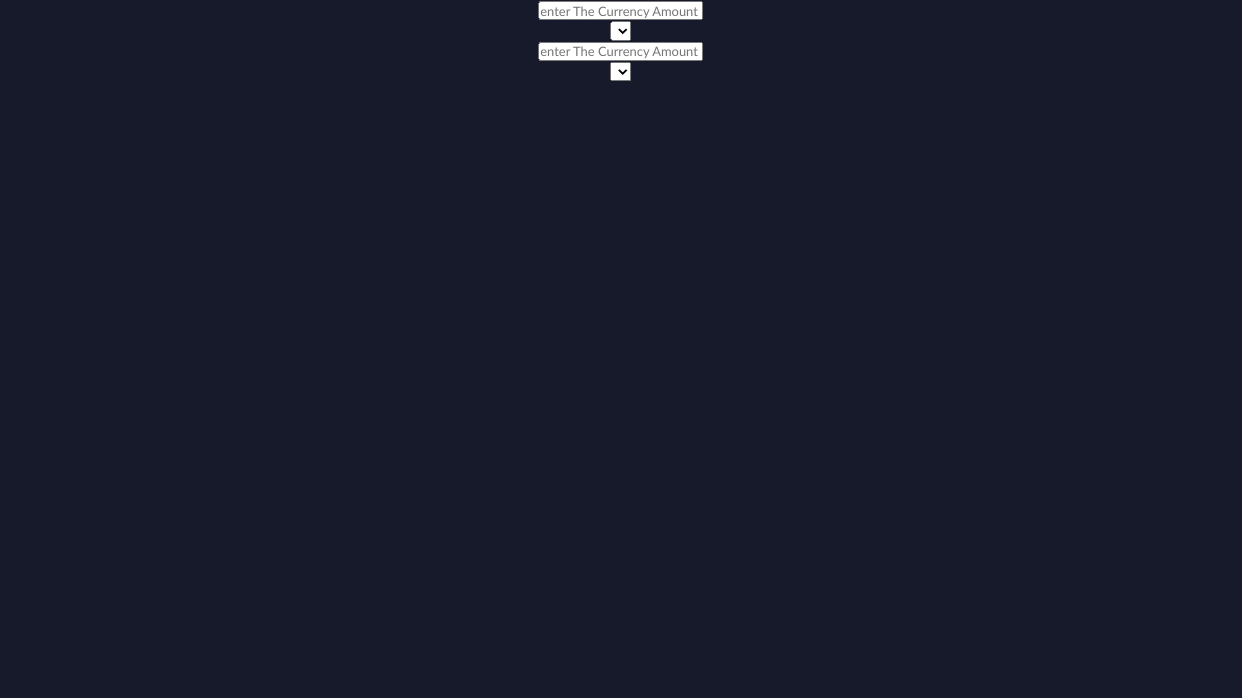
Repository: KamalEssam/currency-converter-react-app
Page: /
These files come from the project's save history. The page is drawn as it stood at one moment and after a run of saves; the edit follows.
The browser window is 1280 px wide. The pictures show the whole page, at 97% of full size.
The page's requests for data from a server got no answer. The project was rebuilt for these pictures with package versions that can differ from the ones it lists, and the page was loaded fresh each time. No one was signed in, and anything a server would have sent is missing.

Above is the page before, as saved 2021-12-21 15:22:28.

After the next 3 saves:
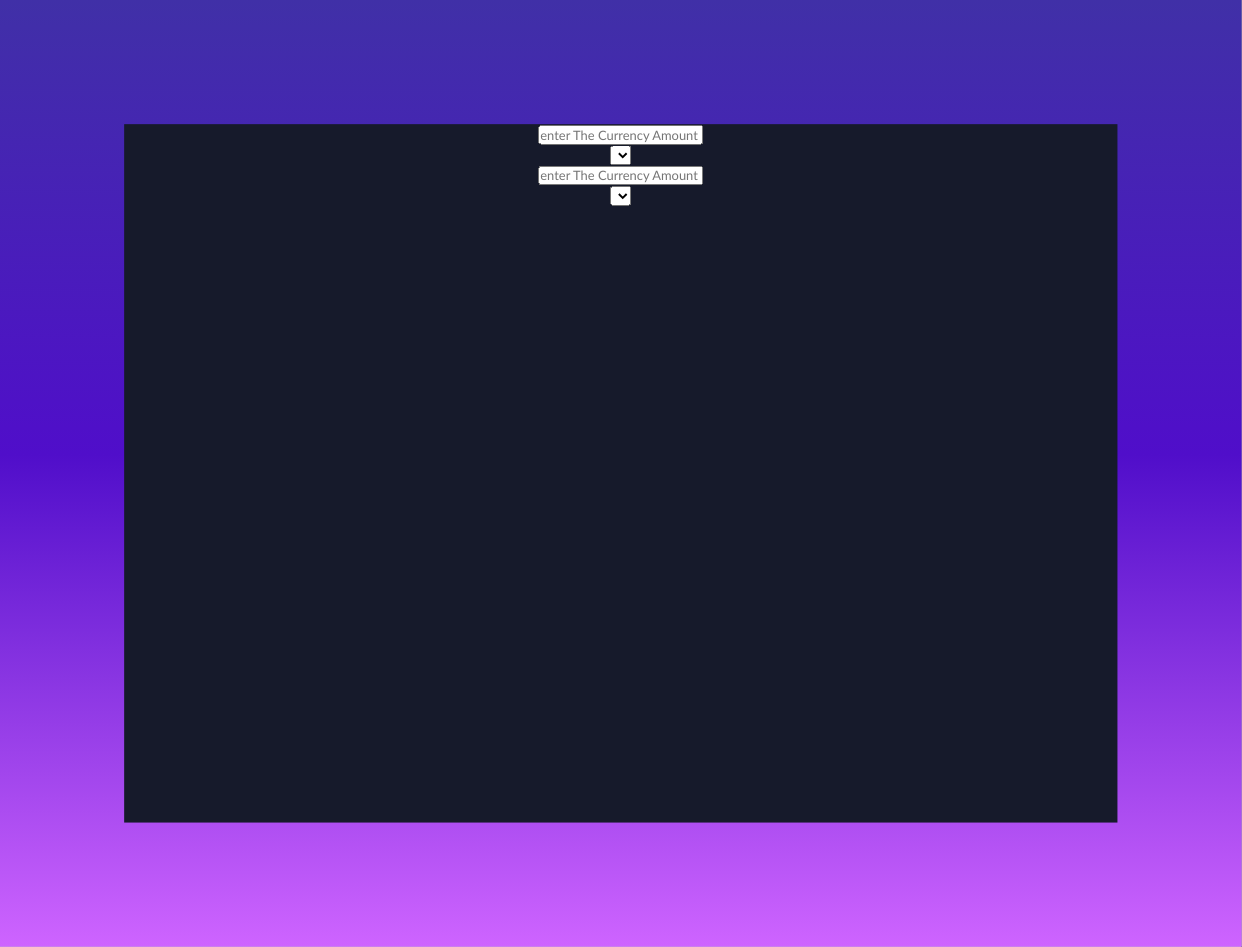
The 3 saves are shown as one change because they came seconds apart.
The last was saved 5 s later.
--- a/src/App.css
+++ b/src/App.css
@@ -33,7 +33,7 @@ body{
   min-height: 100vh;
   text-align: center;
   background: #161a2b;
-  margin
+  margin:128px
 
 
 
